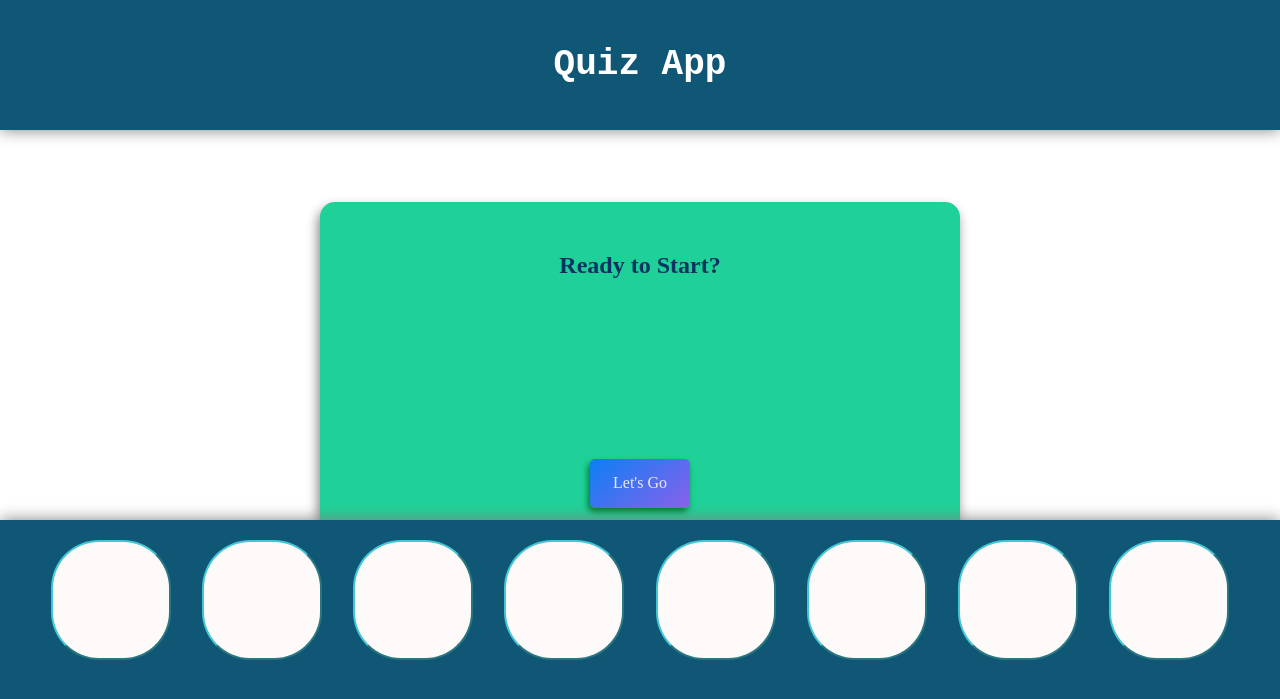
Repository: tpic12/quiz_app
Page: index.html
The author's editor kept a copy of each file at every save. The page is drawn from the files as they stood at one save, then again after the next save.
The browser window is 1280 px wide. The pictures show the whole page.

Above is the page before, as saved 2019-12-28 11:57:04.

### index.html
<!DOCTYPE html>
<html lang="en">

<head>
  <meta charset="UTF-8">
  <meta name="viewport" content="width=device-width, initial-scale=1.0">
  <meta http-equiv="X-UA-Compatible" content="ie=edge">
  <title>Quiz App</title>
  <link href="https://cdnjs.cloudflare.com/ajax/libs/normalize/8.0.1/normalize.min.css" rel="stylesheet"
    type="text/css" />
  <link href="app.css" rel="stylesheet" type="text/css" />
</head>

<body>
  <header>
    <section class='banner'>
      <h1>Quiz App</h1>
    </section>
  </header>
  <main class='display'>

  </main>
  <footer>
    <section class='counts'>
        <div class='count 0'></div>
        <div class='count 1'></div>
        <div class='count 2'></div>
        <div class='count 3'></div>
        <div class='count 4'></div>
        <div class='count 5'></div>
        <div class='count 6'></div>
        <div class='count 7'></div>
    </section>
  </footer>
  <script src="https://code.jquery.com/jquery-3.4.1.slim.js" crossorigin="anonymous"></script>
  <script src="app.js"></script>
</body>

</html>

### app.css
/* Your styles should be mobile-first and responsive */

/**
  * If you are unclear on how to utilize a mobile-first, responsive technique to write your CSS, here is an example:
  *
  * https://github.com/andreacardybailey/responsive_example/blob/master/styles/responsive-base.css
  *
*/
* {
  box-sizing: border-box;
  margin: 0;
}

.banner h1 {
  font-family: monospace;
  font-size: 36px;
}

.banner,
footer {
  color: white;
  font-family: monospace;
  padding: 20px;
  width: 100%;
  text-align: center;
  background-color: hsl(198, 76%, 26%);
  box-shadow: 0px 0px 15px grey;
  border-bottom: none;
  left: 0;
}

.main_card {
  display: flex;
  flex-flow: column wrap;
  margin: auto;
  margin-top: 10vh;
  max-width: 50vw;
  min-width: 20vw;
  min-height: 40vh;
  text-align: center;
  justify-content: space-evenly;
  align-content: space-around;
  background-color: hsl(161, 74%, 47%);
  border-radius: 15px;
  padding: 20px;
  border: none;
  box-shadow: -2px 6px 12px grey;
}

button {
  margin: 30%;
  margin-bottom: 10%;
  color: hsl(0, 7%, 92%);
  background: linear-gradient(140deg, hsl(210, 91%, 50%), hsl(258, 78%, 65%));
  border: none;
  max-width: 130px;
  min-width: 100px;
  border-radius: 5px;
  padding: 15px;
  box-shadow: -2px 4px 6px hsl(142, 98%, 24%);
}

.mid-card {
  display: flex;
  flex-flow: column wrap;
  margin: auto;
  margin-top: 100px;
  max-width: 400px;
  min-width: 200px;
  text-align: center;
  align-content: center;
  background-color: hsl(161, 74%, 47%);
  border-radius: 15px;
  padding: 20px;
  border: none;
  box-shadow: -2px 6px 12px grey;
}

.main_card h2 {
  margin-top: 30px;
  font-weight: bolder;
  color: hsl(210, 90%, 20%);
}

.show {
  display: none !important;
}

input {
  margin: 20px 15px 20px 65px;
}

footer {
  position: fixed;
  bottom: 0;
  left: 0;
  height: 200px;
}

.counts {
  display: flex;
  justify-content: space-evenly;
  height: 80%;
}

.count {
  border: 2px outset hsl(186, 63%, 55%);
  font-family: 'Gill Sans', 'Gill Sans MT', Calibri, 'Trebuchet MS', sans-serif;
  border-radius: 40%;
  flex-direction: row;
  width: 120px;
  height: 120px;
  background-color: hsl(0, 100%, 99%);
  padding: 15px;
}

h1 {
  font-family: sans-serif;
}

.green {
  background-color: green !important;
}

.red {
  background-color: red !important;
}

#snackbar {
  visibility: hidden;
  min-width: 350px;
  margin-left: -125px;

  color: #fff;
  text-align: center;
  align-content: flex-end;
  padding: 20px;
  position: fixed;
  z-index: 1;
  left: 50%;
  bottom: 30px;
}

#snackbar.show {
  visibility: visible;
  /-webkit-animation: fadein 0.5s, fadeout 0.5s 2.5s;
  animation: fadein 0.5s, fadeout 0.5s 2.5s;
}

@-webkit-keyframes fadein {
  from {
    bottom: 0;
    opacity: 0;
  }
  to {
    bottom: 30px;
    opacity: 1;
  }
}

@keyframes fadein {
  from {
    bottom: 0;
    opacity: 0;
  }
  to {
    bottom: 30px;
    opacity: 1;
  }
}

@-webkit-keyframes fadeout {
  from {
    bottom: 30px;
    opacity: 1;
  }
  to {
    bottom: 0;
    opacity: 0;
  }
}

@keyframes fadeout {
  from {
    bottom: 30px;
    opacity: 1;
  }
  to {
    bottom: 0;
    opacity: 0;
  }
}

### app.js
/**
 * Example store structure
 */
'use strict';

const STORE = {
  // 5 or more questions are required
  questions: [
    {
      question: 'How many items in a bakers dozen??',
      answers: ['11', '12', '13', '3'],
      correctAnswer: '13'
    },
    {
      question: 'What month is Oktoberfest held?',
      answers: ['September', 'October', 'Every Month', 'August'],
      correctAnswer: 'September'
    },
    {
      question: 'What color is an Orange Blossom?',
      answers: ['Red', 'Orange', 'Pink', 'White'],
      correctAnswer: 'White'
    },
    {
      question: 'Where did the Panama Hat originate?',
      answers: ['Ecuador', 'Panama', 'China', 'Cuba'],
      correctAnswer: 'Ecuador'
    },
    {
      question: 'What are toy marbles made from?',
      answers: ['Plastic', 'Quartz', 'Diamond', 'Glass'],
      correctAnswer: 'Glass'
    },
    {
      question: 'How many gallons are in a ten-gallon hat?',
      answers: [
        'Half a Gallon',
        'Ten-Gallons',
        'Three-Fourths of a Gallon',
        'Give-Gallon'
      ],
      correctAnswer: 'Three-Fourths of a Gallon'
    },
    {
      question: 'What is the biggest animal to ever live?',
      answers: ['Mammoth', 'T-Rex', 'Blue Whale', 'Brontosaurus'],
      correctAnswer: 'Blue Whale'
    },
    {
      question: 'Where is the red-bellied woodpecker predominately red?',
      answers: ['Head', 'Wings', 'Feet', 'Belly'],
      correctAnswer: 'Head'
    }
  ],
  questionNumber: 0,
  score: 0,
  quizStart: false
};

/**
 *
 * Your app should include a render() function, that regenerates
 * the view each time the store is updated. See your course
 * material, consult your instructor, and reference the slides
 * for more details.
 *
 * NO additional HTML elements should be added to the index.html file.
 *
 * You may add attributes (classes, ids, etc) to the existing HTML elements, or link stylesheets or additional scripts if necessary
 *
 */

/**
 * This function renders the quiz after you start, ...
 * answer a question, or restart the quiz
 */
function renderStartQuiz() {
  const mainCard = `<section class="main_card">
      <h2>Ready to Start?</h2>
      <button type='submit' id='start_quiz'>Let's Go</button>
    </section>`;

  $('.display').html(mainCard);

  $('.display').on('click', '#start_quiz', function(event) {
    event.preventDefault();
    STORE.quizStart = true;
    $('.main_card')
      .children()
      .remove();
    handleQuiz();
  });
}
/**
 * renders question one at a time depending on question number
 */
function renderQuestion() {
  if (
    STORE.questionNumber === STORE.questions.length &&
    STORE.questionNumber > 1
  ) {
    renderResults();
  } else {
    const qCard = `<h2>${STORE.questions[STORE.questionNumber].question}</h2>
    <form id="qForm">
        <input type='radio' name='answer' id='q1' value="${
          STORE.questions[STORE.questionNumber].answers[0]
        }"/><label for='q1' id='0'>${
      STORE.questions[STORE.questionNumber].answers[0]
    }</label>
        <input type='radio' name='answer' id='q2' value="${
          STORE.questions[STORE.questionNumber].answers[1]
        }"/><label for='q2' id='1'>${
      STORE.questions[STORE.questionNumber].answers[1]
    }</label><br>
        <input type='radio' name='answer' id='q3' value="${
          STORE.questions[STORE.questionNumber].answers[2]
        }"/><label for='q3' id='2'>${
      STORE.questions[STORE.questionNumber].answers[2]
    }</label>
        <input type='radio' name='answer' id='q4' value="${
          STORE.questions[STORE.questionNumber].answers[3]
        }"/><label for='q4' id='3'>${
      STORE.questions[STORE.questionNumber].answers[3]
    }</label><br>
    </form>
    <button type='submit' id='submit_answer'>Final Answer</button>`;

    $('.main_card').html(qCard);
    $('input:checked').on('su');
    $('.main_card').on('click', '#submit_answer', function(event) {
      event.preventDefault();
      checkAnswer();
      //original next question spot

      $('.main_card')
        .children()
        .remove();

      handleQuiz();
    });
  }
}
/**
 * renders results page

 */

function generateResults(finalScore, numberOfQuestions) {
  return `<h2>You scored ${finalScore} out of ${numberOfQuestions}!</h2><button id='restart'>Restart Quiz</button>`;
}

/* Render results element with button that restarts the quiz*/
function renderResults() {
  let score = STORE.score;
  let num = STORE.questionNumber;

  $('.main_card').html(generateResults(score, num));
  $('#restart').click(function(event) {
    event.preventDefault();
    console.log('Restarting Quiz');

    STORE.questionNumber = 0;
    STORE.score = 0;
    $('.count')
      .removeClass('snackbar')
      .removeClass('red')
      .removeClass('green')
      .removeClass('show');
    renderStartQuiz();
  });
}

/**
 * this function checks the correctnes of the answer
 */
function checkAnswer() {
  let form = document.getElementById('qForm');
  let ans = form['answer'];
  for (let i = 0; i < ans.length; i++) {
    //is a button checked
    if (ans[i].checked) {
      //compare value of ans[i] to correct answer
      if (
        ans[i].value === STORE.questions[STORE.questionNumber].correctAnswer
      ) {
        scoreKeeper(true);
      } else {
        scoreKeeper(false);
      }
    }
  }
}

function generateAnswerSnackbar(questionAnswer) {
  return `<div class=.${STORE.questionNumber}>
              <p>Sorry, the correct answer is ${questionAnswer}</p>
          </div>`;
}

function scoreKeeper(bool) {
  if (bool === true) {
    console.log('plus 1 point');
    STORE.score++;
    $(`.${STORE.questionNumber}`)
      .addClass('green')
      .addClass('snackbar')
      .html(`<p>Correct!</p>`);
    $('section.main_card');
    console.log('next q!');
    STORE.questionNumber++;
  }
  if (bool === false) {
    console.log('no points for you');
    $(`.${STORE.questionNumber}`)
      .addClass('red')
      .addClass('snackbar')
      .html(
        generateAnswerSnackbar(
          STORE.questions[STORE.questionNumber].correctAnswer
        )
      );
    console.log('next q!');
    STORE.questionNumber++;
  }
}

function handleQuiz() {
  if (STORE.quizStart === false) {
    renderStartQuiz();
  } else {
    renderQuestion();
  }
}

$(handleQuiz);

After the next save:
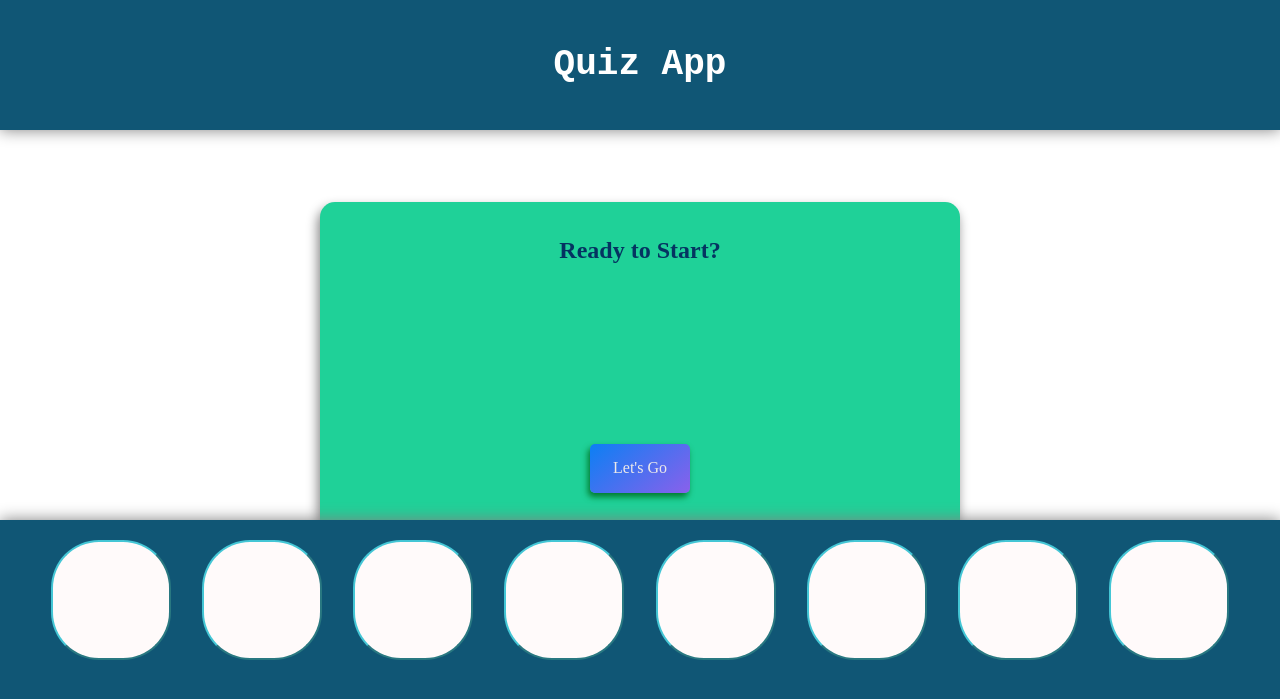
Saved 32 s later.
--- a/app.css
+++ b/app.css
@@ -77,7 +77,7 @@ button {
 }
 
 .main_card h2 {
-  margin-top: 30px;
+  margin-top: 15px;
   font-weight: bolder;
   color: hsl(210, 90%, 20%);
 }
